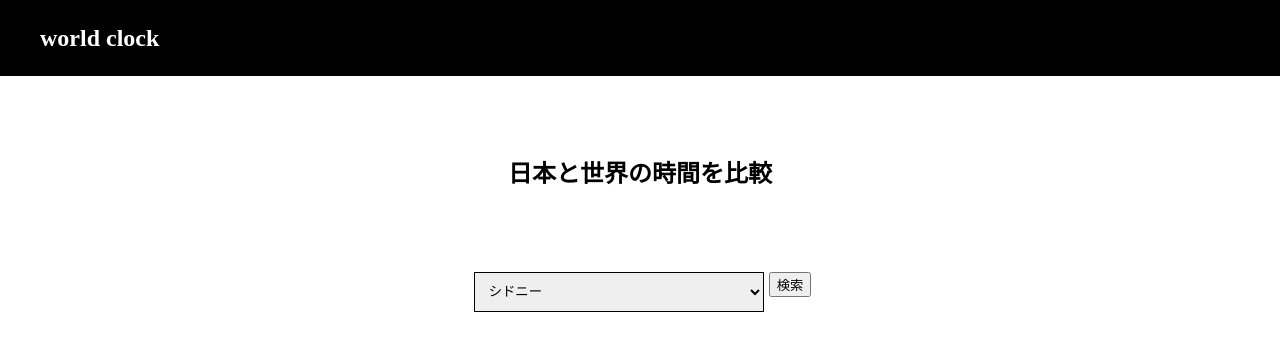
Repository: kay4300/php05-test
Page: http://localhost/
These files come from the project's save history. The page is drawn as it stood at one moment and after a run of saves; the edit follows.
The browser window is 1280 px wide. The pictures show the whole page.
The page is run by PHP 8.4 with error messages shown; the project is at /var/www/html/.

Above is the page before, as saved 2025-08-15 13:38:40.

### src/php02/index.php
<!DOCTYPE html>
<html lang="en">

<head>
    <meta charset="UTF-8">
    <meta http-equiv="X-UA-Compatible" content="IE=edge">
    <meta name="viewport" content="width=device-width, initial-scale=1.0">
    <title>Document</title>
    <link rel="stylesheet" href="css/sanitize.css">
    <link rel="stylesheet" href="css/common.css">
    <link rel="stylesheet" href="css/index.css">
</head>

<body>
    <header class="header">
        <div class="header_inner">
            <a class="header_logo" href="/php02/index.php">
                world clock
            </a>
        </div>
    </header>

    <main>
        <div class="search-form_content">
            <h2 class="search-form_content-title">日本と世界の時間を比較</h2>
        </div>
        <form class="search-form" action="result.php" method="GET">
               <div class="search-form_item">
                   <select class="search-form_item-select" name="city">
                        <option value="シドニー">シドニー</option>
                        <option value="上海">上海</option>
                        <option value="モスクワ">モスクワ</option>
                        <option value="ロンドン">ロンドン</option>
                        <option value="ヨハネスブルグ">ヨハネスブルグ</option>
                        < option value="ニューヨーク">ニューヨーク</option>
                    </select>
                </div>
                <div class="search-form_button">
                    <button class="search-form_button-submit" type="submit">検索</button>
                </div>
        </form>
    </main>

</body>

</html>

### src/php02/css/sanitize.css
/* Document
* ========================================================================== */

/**
* Add border box sizing in all browsers (opinionated).
*/

*,
::before,
::after {
    box-sizing: border-box;
}

/**
* 1. Add text decoration inheritance in all browsers (opinionated).
* 2. Add vertical alignment inheritance in all browsers (opinionated).
*/

::before,
::after {
    vertical-align: inherit;
    /* 2 */
    text-decoration: inherit;
    /* 1 */
}

/**
* 1. Use the default cursor in all browsers (opinionated).
* 2. Change the line height in all browsers (opinionated).
* 3. Use a 4-space tab width in all browsers (opinionated).
* 4. Remove the grey highlight on links in iOS (opinionated).
* 5. Prevent adjustments of font size after orientation changes in
*    IE on Windows Phone and in iOS.
* 6. Breaks words to prevent overflow in all browsers (opinionated).
*/

html {
    word-break: break-word;
    /* 6 */
    -moz-tab-size: 4;
    /* 3 */
    tab-size: 4;
    /* 3 */
    line-height: 1.5;
    /* 2 */
    cursor: default;
    /* 1 */

    -webkit-tap-highlight-color: transparent
        /* 4 */
    ;
    -ms-text-size-adjust: 100%;
    /* 5 */
    -webkit-text-size-adjust: 100%;
    /* 5 */
}

/* Sections
* ========================================================================== */

/**
* Remove the margin in all browsers (opinionated).
*/

body {
    margin: 0;
}

/**
* Correct the font size and margin on `h1` elements within `section` and
* `article` contexts in Chrome, Edge, Firefox, and Safari.
*/

h1 {
    margin: 0.67em 0;
    font-size: 2em;
}

/* Grouping content
* ========================================================================== */

/**
* Remove the margin on nested lists in Chrome, Edge, IE, and Safari.
*/

dl dl,
dl ol,
dl ul,
ol dl,
ul dl {
    margin: 0;
}

/**
* Remove the margin on nested lists in Edge 18- and IE.
*/

ol ol,
ol ul,
ul ol,
ul ul {
    margin: 0;
}

/**
* 1. Add the correct sizing in Firefox.
* 2. Show the overflow in Edge 18- and IE.
*/

hr {
    overflow: visible;
    /* 2 */
    height: 0;
    /* 1 */
}

/**
* Add the correct display in IE.
*/

main {
    display: block;
}

/**
* Remove the list style on navigation lists in all browsers (opinionated).
*/

nav ol,
nav ul {
    padding: 0;
    list-style: none;
}

/**
* 1. Correct the inheritance and scaling of font size in all browsers.
* 2. Correct the odd `em` font sizing in all browsers.
*/

pre {
    font-size: 1em;
    /* 2 */
    font-family: monospace, monospace;
    /* 1 */
}

/* Text-level semantics
* ========================================================================== */

/**
* Remove the gray background on active links in IE 10.
*/

a {
    background-color: transparent;
}

/**
* Add the correct text decoration in Edge 18-, IE, and Safari.
*/

abbr[title] {
    text-decoration: underline;
    text-decoration: underline dotted;
}

/**
* Add the correct font weight in Chrome, Edge, and Safari.
*/

b,
strong {
    font-weight: bolder;
}

/**
* 1. Correct the inheritance and scaling of font size in all browsers.
* 2. Correct the odd `em` font sizing in all browsers.
*/

code,
kbd,
samp {
    font-size: 1em;
    /* 2 */
    font-family: monospace, monospace;
    /* 1 */
}

/**
* Add the correct font size in all browsers.
*/

small {
    font-size: 80%;
}

/* Embedded content
* ========================================================================== */

/*
* Change the alignment on media elements in all browsers (opinionated).
*/

audio,
canvas,
iframe,
img,
svg,
video {
    vertical-align: middle;
}

/**
* Add the correct display in IE 9-.
*/

audio,
video {
    display: inline-block;
}

/**
* Add the correct display in iOS 4-7.
*/

audio:not([controls]) {
    display: none;
    height: 0;
}

/**
* Remove the border on iframes in all browsers (opinionated).
*/

iframe {
    border-style: none;
}

/**
* Remove the border on images within links in IE 10-.
*/

img {
    border-style: none;
}

/**
* Change the fill color to match the text color in all browsers (opinionated).
*/

svg:not([fill]) {
    fill: currentColor;
}

/**
* Hide the overflow in IE.
*/

svg:not(:root) {
    overflow: hidden;
}

/* Tabular data
* ========================================================================== */

/**
* Collapse border spacing in all browsers (opinionated).
*/

table {
    border-collapse: collapse;
}

/* Forms
* ========================================================================== */

/**
* Remove the margin on controls in Safari.
*/

button,
input,
select {
    margin: 0;
}

/**
* 1. Show the overflow in IE.
* 2. Remove the inheritance of text transform in Edge 18-, Firefox, and IE.
*/

button {
    overflow: visible;
    /* 1 */
    text-transform: none;
    /* 2 */
}

/**
* Correct the inability to style buttons in iOS and Safari.
*/

button,
[type="button"],
[type="reset"],
[type="submit"] {
    -webkit-appearance: button;
}

/**
* 1. Change the inconsistent appearance in all browsers (opinionated).
* 2. Correct the padding in Firefox.
*/

fieldset {
    padding: 0.35em 0.75em 0.625em;
    /* 2 */
    border: 1px solid #a0a0a0;
    /* 1 */
}

/**
* Show the overflow in Edge 18- and IE.
*/

input {
    overflow: visible;
}

/**
* 1. Correct the text wrapping in Edge 18- and IE.
* 2. Correct the color inheritance from `fieldset` elements in IE.
*/

legend {
    display: table;
    /* 1 */
    max-width: 100%;
    /* 1 */
    color: inherit;
    /* 2 */
    white-space: normal;
    /* 1 */
}

/**
* 1. Add the correct display in Edge 18- and IE.
* 2. Add the correct vertical alignment in Chrome, Edge, and Firefox.
*/

progress {
    display: inline-block;
    /* 1 */
    vertical-align: baseline;
    /* 2 */
}

/**
* Remove the inheritance of text transform in Firefox.
*/

select {
    text-transform: none;
}

/**
* 1. Remove the margin in Firefox and Safari.
* 2. Remove the default vertical scrollbar in IE.
* 3. Change the resize direction in all browsers (opinionated).
*/

textarea {
    overflow: auto;
    /* 2 */
    margin: 0;
    /* 1 */
    resize: vertical;
    /* 3 */
}

/**
* Remove the padding in IE 10-.
*/

[type="checkbox"],
[type="radio"] {
    padding: 0;
}

/**
* 1. Correct the odd appearance in Chrome, Edge, and Safari.
* 2. Correct the outline style in Safari.
*/

[type="search"] {
    outline-offset: -2px;
    /* 2 */

    -webkit-appearance: textfield;
    /* 1 */
}

/**
* Correct the cursor style of increment and decrement buttons in Safari.
*/

::-webkit-inner-spin-button,
::-webkit-outer-spin-button {
    height: auto;
}

/**
* Correct the text style of placeholders in Chrome, Edge, and Safari.
*/

::-webkit-input-placeholder {
    color: inherit;
    opacity: 0.54;
}

/**
* Remove the inner padding in Chrome, Edge, and Safari on macOS.
*/

::-webkit-search-decoration {
    -webkit-appearance: none;
}

/**
* 1. Correct the inability to style upload buttons in iOS and Safari.
* 2. Change font properties to `inherit` in Safari.
*/

::-webkit-file-upload-button {
    font: inherit;
    /* 2 */

    -webkit-appearance: button;
    /* 1 */
}

/**
* Remove the inner border and padding of focus outlines in Firefox.
*/

::-moz-focus-inner {
    padding: 0;
    border-style: none;
}

/**
* Restore the focus outline styles unset by the previous rule in Firefox.
*/

:-moz-focusring {
    outline: 1px dotted ButtonText;
}

/**
* Remove the additional :invalid styles in Firefox.
*/

:-moz-ui-invalid {
    box-shadow: none;
}

/* Interactive
* ========================================================================== */

/*
* Add the correct display in Edge 18- and IE.
*/

details {
    display: block;
}

/*
* Add the correct styles in Edge 18-, IE, and Safari.
*/

dialog {
    position: absolute;
    right: 0;
    left: 0;
    display: block;
    margin: auto;
    padding: 1em;
    width: -moz-fit-content;
    width: -webkit-fit-content;
    width: fit-content;
    height: -moz-fit-content;
    height: -webkit-fit-content;
    height: fit-content;
    border: solid;
    background-color: white;
    color: black;
}

dialog:not([open]) {
    display: none;
}

/*
* Add the correct display in all browsers.
*/

summary {
    display: list-item;
}

/* Scripting
* ========================================================================== */

/**
* Add the correct display in IE 9-.
*/

canvas {
    display: inline-block;
}

/**
* Add the correct display in IE.
*/

template {
    display: none;
}

/* User interaction
* ========================================================================== */

/*
* 1. Remove the tapping delay in IE 10.
* 2. Remove the tapping delay on clickable elements
in all browsers (opinionated).
*/

a,
area,
button,
input,
label,
select,
summary,
textarea,
[tabindex] {
    -ms-touch-action: manipulation;
    /* 1 */
    touch-action: manipulation;
    /* 2 */
}

/**
* Add the correct display in IE 10-.
*/

[hidden] {
    display: none;
}

/* Accessibility
* ========================================================================== */

/**
* Change the cursor on busy elements in all browsers (opinionated).
*/

[aria-busy="true"] {
    cursor: progress;
}

/*
* Change the cursor on control elements in all browsers (opinionated).
*/

[aria-controls] {
    cursor: pointer;
}

/*
* Change the cursor on disabled, not-editable, or otherwise
* inoperable elements in all browsers (opinionated).
*/

[aria-disabled="true"],
[disabled] {
    cursor: not-allowed;
}

/*
* Change the display on visually hidden accessible elements
* in all browsers (opinionated).
*/

[aria-hidden="false"][hidden] {
    display: initial;
}

[aria-hidden="false"][hidden]:not(:focus) {
    position: absolute;
    clip: rect(0, 0, 0, 0);
}

### src/php02/css/common.css
.header {
    background: #000;
}

.header_inner {
    margin: 0 auto;
    padding: 20px 15px;
    max-width: 1230px;
}

.header_logo {
    color: #fff;
    text-decoration: none;
    font-weight: bold;
    font-size: 24px;
}

### src/php02/css/index.css
.search-form_content {
    margin: 0 auto;
    padding: 60px 15px;
    max-width: 1230px;
}

.search-form_content-title {
    text-align: center;
}

.search-form {
    display: flex;
    justify-content: center;
}

.search-form_item {
    padding: 0 5px;
    width: 300px;
}

.search-form_item-select {
    padding: 10px;
    width: 100%;
    height: 40px;
    border: 1px solid ;
}

After the next 3 saves:
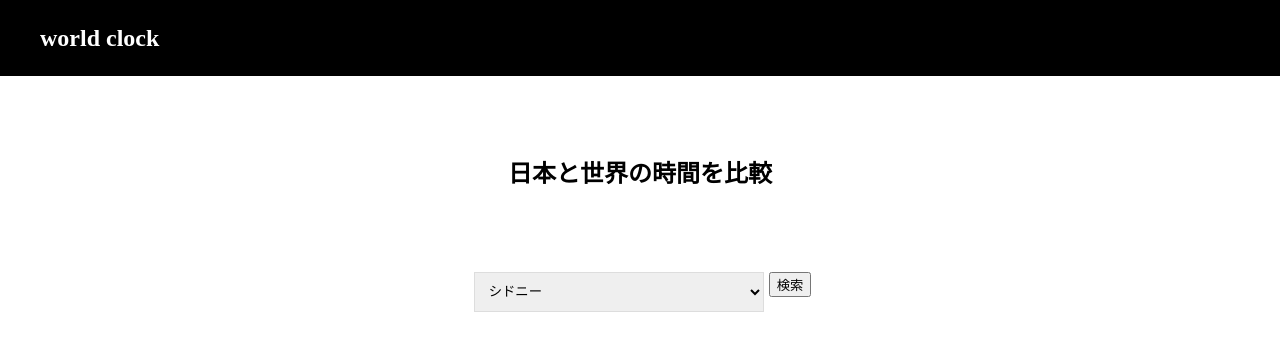
The 3 saves are shown as one change because they came seconds apart.
The last was saved 11 s later.
--- a/src/php02/css/index.css
+++ b/src/php02/css/index.css
@@ -22,5 +22,6 @@
     padding: 10px;
     width: 100%;
     height: 40px;
-    border: 1px solid ;
+    border: 1px solid #ddd;
+    bord
 }
